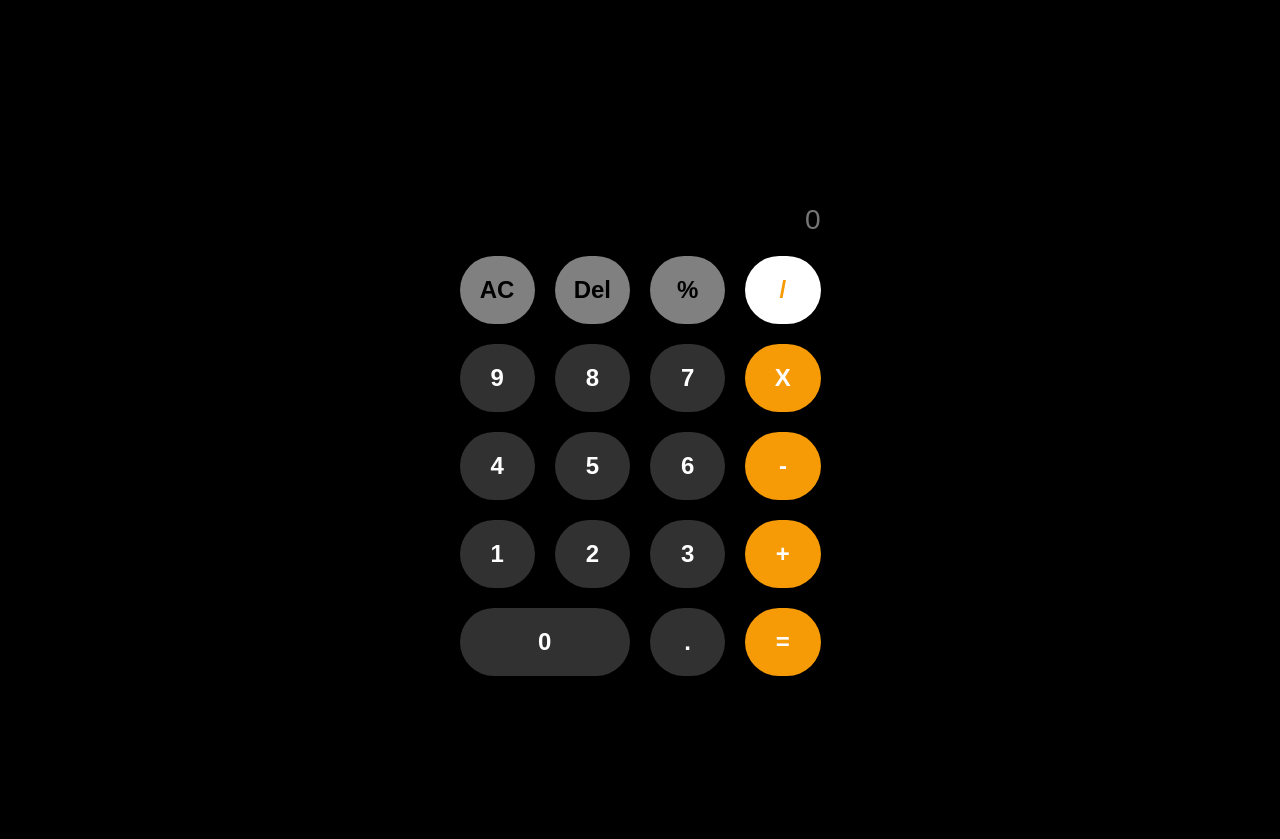
Repository: ble-syn/reactCalculator
Page: /
These files come from the project's save history. The page is drawn as it stood at one moment and after the next save; the edit follows.
The browser window is 1280 px wide. The pictures show the whole page.
The pointer rests on the first visible `.yellow`.
The project was rebuilt for these pictures with package versions that can differ from the ones it lists, and the page was loaded fresh each time.

Above is the page before, as saved 2022-10-06 21:22:33.

### src/index.css
*{
  margin: 0;
  box-sizing: border-box;
}

body{
  display: flex;
  justify-content: center;
  align-items: center;
  flex-direction: column;
  background-color: #000;
  color: #fff;
  margin: 12% auto;
}
.container {
  max-width: 1200px;
  padding: 10px;
}
#calculator-display {
  border: none;
  width: 100%;
  text-align: right;
  font-size: 28px;
  padding: 50px 10px 10px;
  color: #fff;
  background-color: #000;
}

.calculator-keys{
  display: grid;
  grid-template-columns: repeat(4, 1fr);
  grid-gap: 20px;
  margin: 10px;
}
button {
  padding: 20px 15px;
  display: grid;
  place-items: center;
  outline: none;
  border-radius: 50px;
  font-weight: 700;
  border: none;
  color: #fff;
  background-color: #313131;
  font-size: 24px;
  cursor: pointer;
}
button:hover {
  background-color: #D1D1D1;
}
.zero {
  grid-column: 1/3;
}
.gray {
  background-color: gray;
  color: #000;
}
.yellow {
  background-color: #F69A06;
}
.yellow:hover {
  background-color: #ffffff;
  color: #F69A06;
}

### src/App.js
import {useState} from "react";

function App() {
  const [numDisplay, setNumDisplay] = useState("")

const numClick = (event) => {
      event.preventDefault()
      let value = event.target.value
      setNumDisplay(numDisplay + value)
}


const deleteNum = () => {
  setNumDisplay(numDisplay.slice(0, -1))
}
const reset = () => {
  setNumDisplay("")
}
const percent = () => {
  setNumDisplay(numDisplay / 100)
}
const equals = () => {
  setNumDisplay(eval(numDisplay))
}

  return (
    <main id="container">
      <div class="calculator">
          <div><input id="calculator-display" type="text" placeholder="0" value={numDisplay} /></div>

          <div class="calculator-keys">
              <button onClick={reset} value=" " class="gray">AC</button>
              <button onClick={deleteNum} value="" class="gray">Del</button>
              <button onClick={percent} value="%" class="gray">%</button>
              <button onClick={numClick} value="/" class="yellow">/</button>
              <button onClick={numClick} value="9">9</button>
              <button onClick={numClick} value="8">8</button>
              <button onClick={numClick} value="7" >7</button>
              <button onClick={numClick} value="*" class="yellow">X</button>
              <button onClick={numClick} value="4">4</button>
              <button onClick={numClick} value="5">5</button>
              <button onClick={numClick} value="6">6</button>
              <button onClick={numClick} value="-" class= "yellow">-</button>
              <button onClick={numClick} value="1">1</button>
              <button onClick={numClick} value="2">2</button>
              <button onClick={numClick} value="3">3</button>
              <button onClick={numClick} value="+" class="yellow">+</button>
              <button onClick={numClick} value="0" class="zero" >0</button>
              <button onClick={numClick} value="." data-action="decimal">.</button>
              <button onClick={equals} value="=" class="yellow">=</button>
          </div>
      </div>
    </main>
  )
}

export default App;

Loaded but not shown: public/index.html (common file); src/index.js (common file); src/reportWebVitals.js (common file); public/manifest.json (common file)

After the next save:
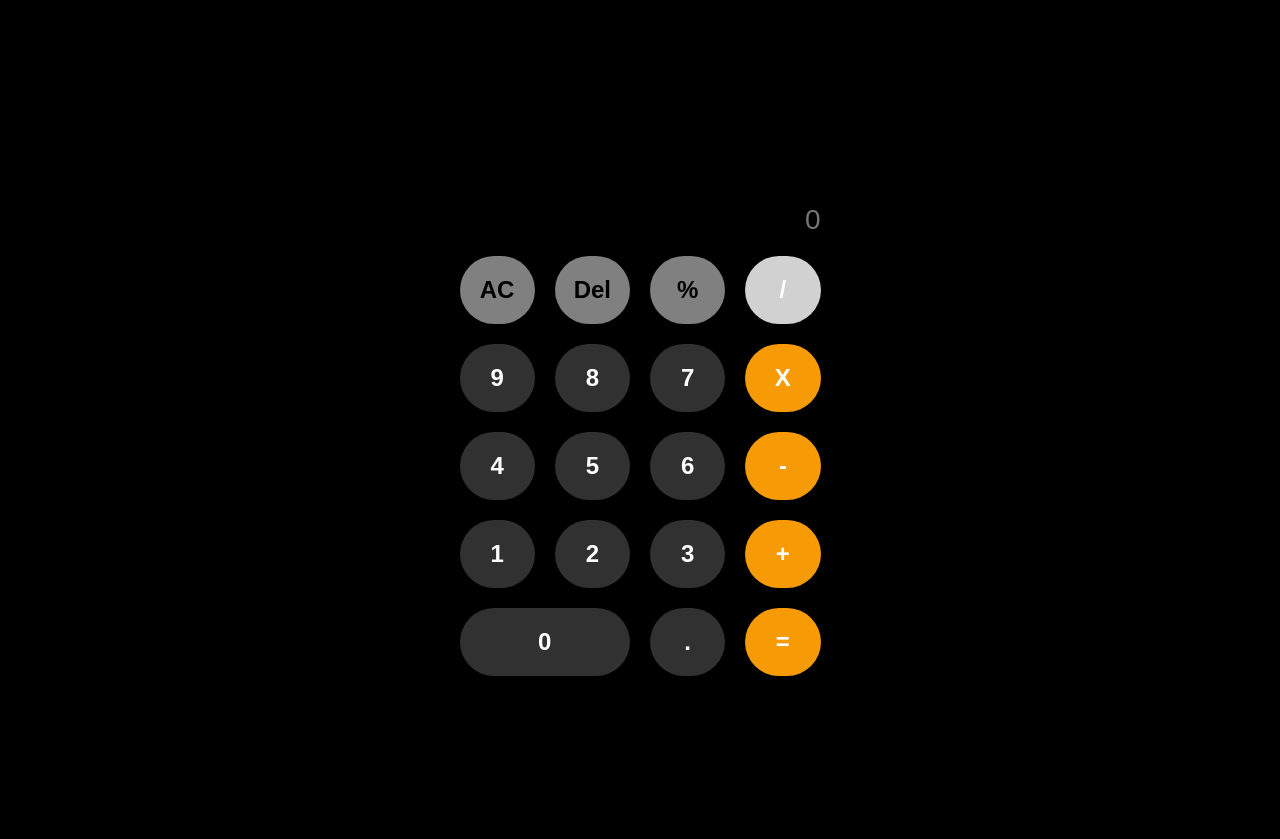
Saved 21 s later.
--- a/src/index.css
+++ b/src/index.css
@@ -58,7 +58,7 @@
 .yellow {
   background-color: #F69A06;
 }
-.yellow:hover {
+.yellow:hover :active {
   background-color: #ffffff;
   color: #F69A06;
 }

After the save that followed:
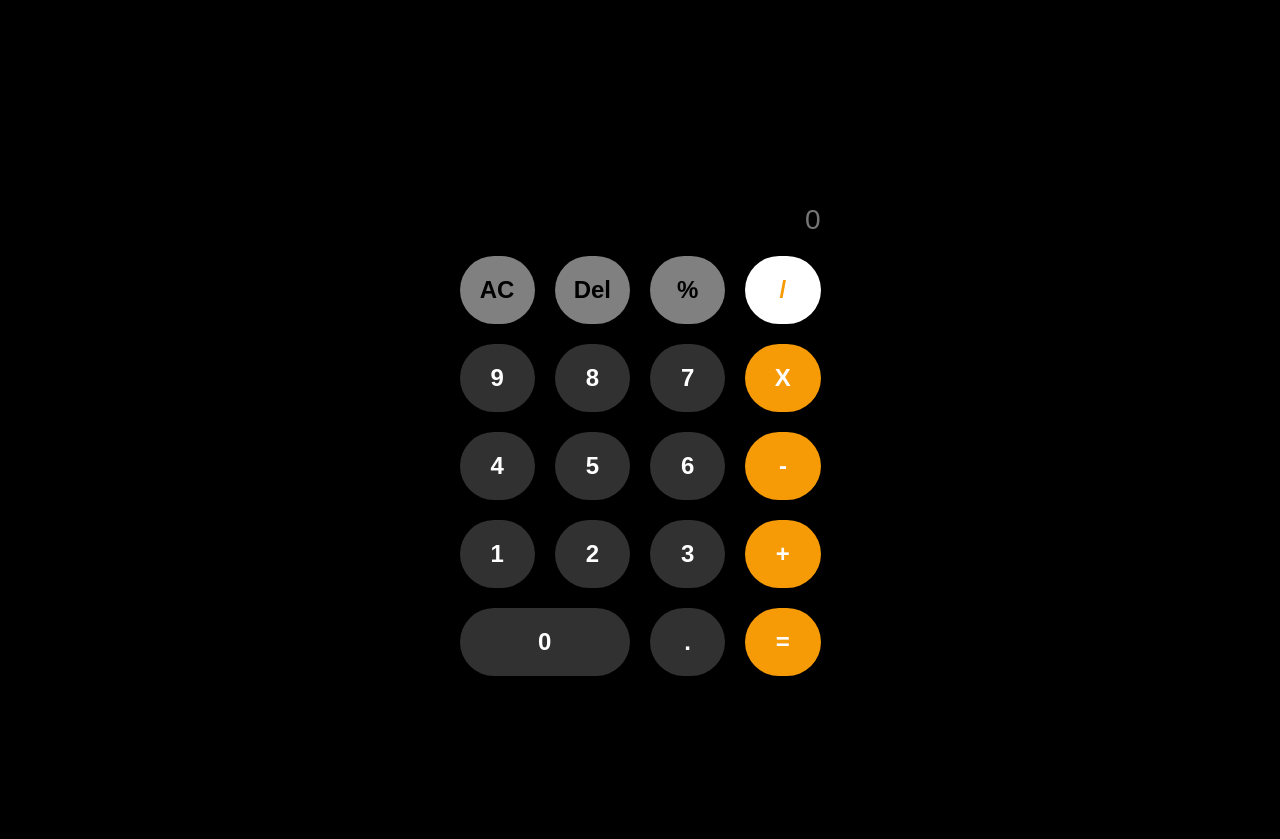
Saved 16 s later.
--- a/src/index.css
+++ b/src/index.css
@@ -58,7 +58,7 @@
 .yellow {
   background-color: #F69A06;
 }
-.yellow:hover :active {
+.yellow:hover, .yellow:active {
   background-color: #ffffff;
   color: #F69A06;
 }
